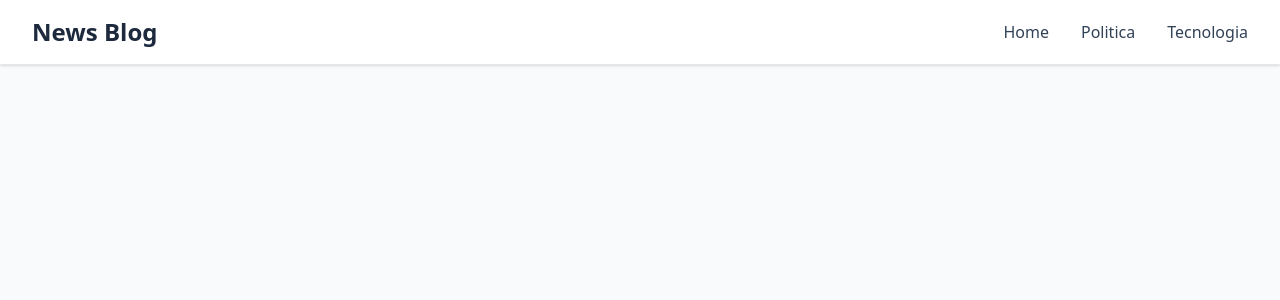
Repository: estevam02009/news-blog
Page: /
The author's editor kept a copy of each file at every save. The page is drawn from the files as they stood at one save, then again after the next save.
The browser window is 1280 px wide. The pictures show the whole page.
The project was rebuilt for these pictures with package versions that can differ from the ones it lists, and the page was loaded fresh each time. Also part of the build but not shown: vite.config.ts.

Above is the page before, as saved 2025-08-08 16:55:45.

### index.html
<!doctype html>
<html lang="pt-BR">
  <head>
    <meta charset="UTF-8" />
    <link rel="icon" type="image/svg+xml" href="/vite.svg" />
    <meta name="viewport" content="width=device-width, initial-scale=1.0" />
    <title>News Blog</title>
  </head>
  <body>
    <div id="root"></div>
    <script type="module" src="/src/main.tsx"></script>
  </body>
</html>

### src/App.tsx
import Header from "./components/Header"

function App() {

  return (
    <div className="min-h-screen bg-gray-50">
      <Header />
    </div>
  )
}

export default App

### src/components/Header.tsx
import React from 'react'
// import { Search, Menu, Bell, User } from 'lucide-react'

const Header: React.FC = () => {
    return (
        <header className='bg-white shadow-sm border-b border-gray-200 sticky top-0 z-50'>
            <div className='max-w-7xl mx-auto px-4 sm:px-6 lg:px-8'>
                <div className='flex items-center justify-between h-16'>
                    {/* LOGO */}
                    <div className='flex items-center'>
                        <h1 className='text-2xl font-bold text-slate-800'>News Blog</h1>
                    </div>

                {/* Desktop Navigation */}
                <div className='hidden md:flex items-center space-x-8'>
                    <a href='/' className='text-slate-700 hover:text-blue-600 font-medium transition-colors'>Home</a>
                    <a href='#s' className='text-slate-700 hover:text-blue-600 font-medium transition-colors'>Politica</a>
                    <a href='#s' className='text-slate-700 hover:text-blue-600 font-medium transition-colors'>Tecnologia</a>
                </div>
                </div>
            </div>
        </header>
    )
}

export default Header

Loaded but not shown: src/main.tsx (common file); src/index.css (common file)

After the next save:
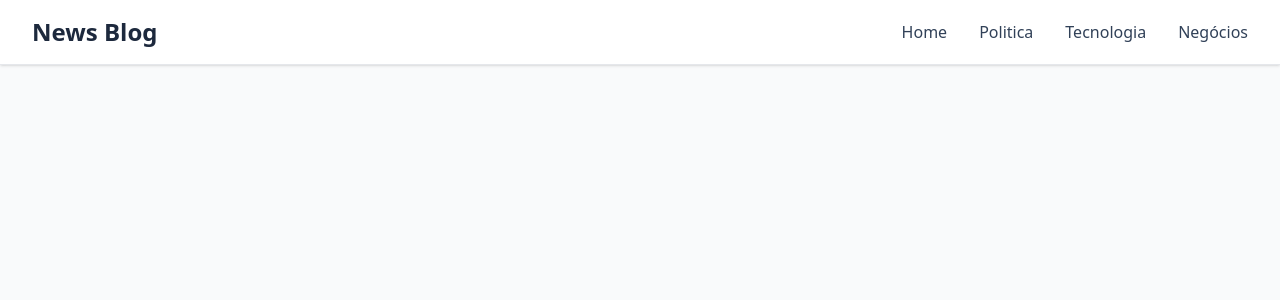
Saved 28 s later.
--- a/src/components/Header.tsx
+++ b/src/components/Header.tsx
@@ -14,8 +14,9 @@ const Header: React.FC = () => {
                 {/* Desktop Navigation */}
                 <div className='hidden md:flex items-center space-x-8'>
                     <a href='/' className='text-slate-700 hover:text-blue-600 font-medium transition-colors'>Home</a>
-                    <a href='#s' className='text-slate-700 hover:text-blue-600 font-medium transition-colors'>Politica</a>
-                    <a href='#s' className='text-slate-700 hover:text-blue-600 font-medium transition-colors'>Tecnologia</a>
+                    <a href='#' className='text-slate-700 hover:text-blue-600 font-medium transition-colors'>Politica</a>
+                    <a href='#' className='text-slate-700 hover:text-blue-600 font-medium transition-colors'>Tecnologia</a>
+                    <a href='#' className='text-slate-700 hover:text-blue-600 font-medium transition-colors'>Negócios</a>
                 </div>
                 </div>
             </div>
